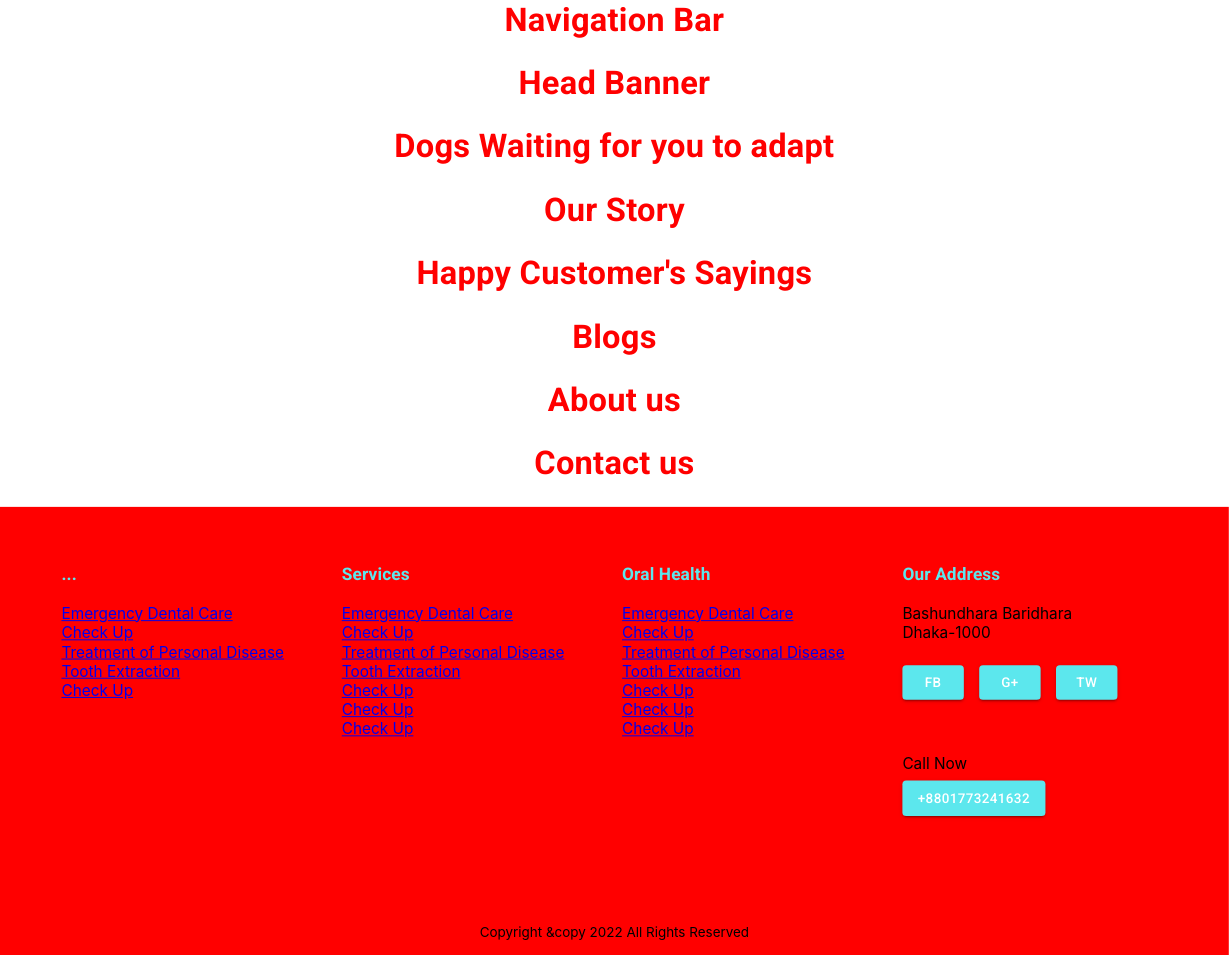
Repository: Sharif-00112/dogos-paradise-client
Page: /
These files come from the project's save history. The page is drawn as it stood at one moment and after the next save; the edit follows.
The browser window is 1280 px wide. The pictures show the whole page, at 96% of full size.
The page's requests for data from a server got no answer. The project was rebuilt for these pictures with package versions that can differ from the ones it lists, and the page was loaded fresh each time. Some packages were replaced by stand-ins written for this rebuild. No one was signed in, and anything a server would have sent is missing. Also part of the build but not shown: src/Pages/Login/Login/Login.js, src/Pages/Login/Register/Register.js, src/Pages/NotFound/NotFound.js.

Above is the page before, as saved 2022-11-30 22:25:15.

### public/index.html
<!DOCTYPE html>
<html lang="en">
  <head>
    <meta charset="utf-8" />
    <link rel="icon" href="%PUBLIC_URL%/favicon.ico" />
    <meta name="viewport" content="width=device-width, initial-scale=1" />
    <meta name="theme-color" content="#000000" />
    <meta
      name="description"
      content="Web site created using create-react-app"
    />
    <link
      rel="stylesheet" href="https://fonts.googleapis.com/css?family=Roboto:300,400,500,700&display=swap"
    />

    <link rel="apple-touch-icon" href="%PUBLIC_URL%/logo192.png" />
    <!--
      manifest.json provides metadata used when your web app is installed on a
      user's mobile device or desktop. See https://developers.google.com/web/fundamentals/web-app-manifest/
    -->
    <link rel="manifest" href="%PUBLIC_URL%/manifest.json" />
    <!--
      Notice the use of %PUBLIC_URL% in the tags above.
      It will be replaced with the URL of the `public` folder during the build.
      Only files inside the `public` folder can be referenced from the HTML.

      Unlike "/favicon.ico" or "favicon.ico", "%PUBLIC_URL%/favicon.ico" will
      work correctly both with client-side routing and a non-root public URL.
      Learn how to configure a non-root public URL by running `npm run build`.
    -->
    <title>React App</title>
  </head>
  <body>
    <noscript>You need to enable JavaScript to run this app.</noscript>
    <div id="root"></div>
    <!--
      This HTML file is a template.
      If you open it directly in the browser, you will see an empty page.

      You can add webfonts, meta tags, or analytics to this file.
      The build step will place the bundled scripts into the <body> tag.

      To begin the development, run `npm start` or `yarn start`.
      To create a production bundle, use `npm run build` or `yarn build`.
    -->
  </body>
</html>

### src/App.js
import React  from 'react';
import './App.css';
import { BrowserRouter as Router, Route, Routes} from 'react-router-dom';
import Home from './Pages/Home/Home/Home';
import Login from './Pages/Login/Login/Login';
import Register from './Pages/Login/Register/Register';
import AuthProvider from './contexts/AuthProvider/AuthProvider';
// import PrivateRoute from './Pages/Login/PrivateRoute/PrivateRoute';
import NotFound from './Pages/NotFound/NotFound';
import Contact from './Pages/Home/Contact/Contact';
import Products from './Pages/Home/Products/Products';
import Story from './Pages/Home/Story/Story';
import CustomerReviews from './Pages/Home/CustomerReviews/CustomerReviews';
import Blogs from './Pages/Home/Blogs/Blogs';
import About from './Pages/Home/About/About';
// import Footer from './Pages/Shared/Footer/Footer';
// import Dashboard from './Pages/Dashboard/Dashboard/Dashboard';

function App() {
  return (
    <div className="App">
      <AuthProvider>
        <Router>
          <Routes>
            <Route exact path = '/' element={<Home/>}/>
            <Route exact path = '/home' element={<Home/>}/>
            <Route exact path = '/login' element={<Login/>}/>
            <Route exact path = '/register' element={<Register/>}/>
            <Route exact path = '/contact' element={<Contact/>}/>
            <Route exact path = '/products' element={<Products/>}/>
            <Route exact path = '/story' element={<Story/>}/>
            <Route exact path = '/reviews' element={<CustomerReviews/>}/>
            <Route exact path = '/blogs' element={<Blogs/>}/>
            <Route exact path = '/about' element={<About/>}/>
            {/* <Route exact path = '/appointment' element = {
              <PrivateRoute>
                <Appointment></Appointment>
              </PrivateRoute>
            }> </Route> */}
            {/* <Route path = 'dashboard/*' element = {
              <PrivateRoute>
                <Dashboard></Dashboard>
              </PrivateRoute>
            }> </Route> */}
            <Route path = '*' element={<NotFound/>}/>
          </Routes>
          {/* <Footer></Footer> */}
        </Router>
      </AuthProvider>
    </div>
  );
}

export default App;

### src/Pages/Home/Home/Home.js
import React from 'react';
import Footer from '../../Shared/Footer/Footer';
import Navigation from '../../Shared/Navigation/Navigation';
import About from '../About/About';
import Banner from '../Banner/Banner';
import Blogs from '../Blogs/Blogs';
import Contact from '../Contact/Contact';
import CustomerReviews from '../CustomerReviews/CustomerReviews';
import Products from '../Products/Products';
import Story from '../Story/Story';

const Home = () => {
    return (
        <div>
            <Navigation></Navigation>
            <Banner></Banner>
            <Products></Products>
            <Story></Story>
            <CustomerReviews></CustomerReviews>
            <Blogs></Blogs>
            <About></About>
            <Contact></Contact>
            <Footer></Footer>
        </div>
    );
};

export default Home;

### src/contexts/AuthProvider/AuthProvider.js
import React from 'react';
import { createContext } from 'react';
import useFirebase from '../../hooks/useFirebase';

//step-1-context
export const AuthContext = createContext();

const AuthProvider = (props) => {
    //step-3-context
    const {children} = props;

    //step-5-context
    const allContexts = useFirebase();

    return (
        //step-2-context
        <AuthContext.Provider value={allContexts}>
            {children}
        </AuthContext.Provider>
    );
};

export default AuthProvider;

### src/Pages/Home/Contact/Contact.js
import React from 'react';
import { Typography } from '@mui/material';

const Contact = () => {
    return (
        <div>
            <Typography sx={{ m: 3, color: 'red', fontWeight: 600 }} variant="h4" component="div">
                Contact us
            </Typography>
        </div>
    );
};

export default Contact;

### src/Pages/Home/Products/Products.js
import React from 'react';
import { Typography } from '@mui/material';

const Products = () => {
    return (
        <div>
            <Typography sx={{ m: 3, color: 'red', fontWeight: 600 }} variant="h4" component="div">
                Dogs Waiting for you to adapt
            </Typography>
        </div>
    );
};

export default Products;

### src/Pages/Home/Story/Story.js
import React from 'react';
import { Typography } from '@mui/material';


const Story = () => {
    return (
        <div>
            <Typography sx={{ m: 3, color: 'red', fontWeight: 600 }} variant="h4" component="div">
                Our Story
            </Typography>
        </div>
    );
};

export default Story;

### src/Pages/Home/CustomerReviews/CustomerReviews.js
import React from 'react';
import { Typography } from '@mui/material';


const CustomerReviews = () => {
    return (
        <div>
            <Typography sx={{ m: 3, color: 'red', fontWeight: 600 }} variant="h4" component="div">
                Happy Customer's Sayings
            </Typography>
        </div>
    );
};

export default CustomerReviews;

### src/Pages/Home/Blogs/Blogs.js
import React from 'react';
import { Typography } from '@mui/material';


const Blogs = () => {
    return (
        <div>
            <Typography sx={{ m: 3, color: 'red', fontWeight: 600 }} variant="h4" component="div">
                Blogs
            </Typography>
        </div>
    );
};

export default Blogs;

### src/Pages/Home/About/About.js
import React from 'react';
import { Typography } from '@mui/material';

const About = () => {
    return (
        <div>
            <Typography sx={{ m: 3, color: 'red', fontWeight: 600 }} variant="h4" component="div">
                About us
            </Typography>
        </div>
    );
};

export default About;

### src/Pages/Shared/Footer/Footer.js
import React from 'react';
import { Typography } from '@mui/material';
import { Container } from '@mui/system';
import Box from '@mui/material/Box';
import Grid from '@mui/material/Unstable_Grid2';
import { Link } from 'react-router-dom';
import { Button } from '@mui/material';


const Footer = () => {
    return (
        // <div>
        //     <Typography sx={{ m: 3, color: 'red', fontWeight: 600 }} variant="h4" component="div">
        //         Footer Area
        //     </Typography>
        // </div>

        <div style={{ backgroundColor: 'red' }}>
        <Container sx={{ py: 5 }}>
            <Box sx={{ flexGrow: 1 }}>
                <Grid container spacing={2}>
                    <Grid item style={{ textAlign: 'left'}} xs={6} md={3}>
                        <Typography sx={{ my:2, fontSize: 18, fontWeight: 600 }} style={{color: '#5CE7ED'}} variant="h6" component="div">
                            ...
                        </Typography>
                        <Link to = '/emergencyDentalCare'>
                            Emergency Dental Care
                        </Link>
                        <br />
                        <Link to = '/checkUp'>
                            Check Up
                        </Link>
                        <br />
                        <Link to = '/treatmentOfPersonalDisease'>
                            Treatment of Personal Disease
                        </Link>
                        <br />
                        <Link to = '/toothExtraction'>
                            Tooth Extraction
                        </Link>
                        <br />
                        <Link to = '/checkUp'>
                            Check Up
                        </Link>
                    </Grid>
                    <Grid item style={{ textAlign: 'left'}} xs={6} md={3}>
                        <Typography sx={{ my:2, fontSize: 18, fontWeight: 600 }} style={{color: '#5CE7ED'}} variant="h6" component="div">
                            Services
                        </Typography>
                        <Link to = '/emergencyDentalCare'>
                            Emergency Dental Care
                        </Link>
                        <br />
                        <Link to = '/checkUp'>
                            Check Up
                        </Link>
                        <br />
                        <Link to = '/treatmentOfPersonalDisease'>
                            Treatment of Personal Disease
                        </Link>
                        <br />
                        <Link to = '/toothExtraction'>
                            Tooth Extraction
                        </Link>
                        <br />
                        <Link to = '/checkUp'>
                            Check Up
                        </Link>
                        <br />
                        <Link to = '/checkUp'>
                            Check Up
                        </Link>
                        <br />
                        <Link to = '/checkUp'>
                            Check Up
                        </Link>
                    </Grid>
                    <Grid item style={{ textAlign: 'left'}} xs={6} md={3}>
                        <Typography sx={{ my:2, fontSize: 18, fontWeight: 600 }} style={{color: '#5CE7ED'}} variant="h6" component="div">
                            Oral Health
                        </Typography>
                        <Link to = '/emergencyDentalCare'>
                            Emergency Dental Care
                        </Link>
                        <br />
                        <Link to = '/checkUp'>
                            Check Up
                        </Link>
                        <br />
                        <Link to = '/treatmentOfPersonalDisease'>
                            Treatment of Personal Disease
                        </Link>
                        <br />
                        <Link to = '/toothExtraction'>
                            Tooth Extraction
                        </Link>
                        <br />
                        <Link to = '/checkUp'>
                            Check Up
                        </Link>
                        <br />
                        <Link to = '/checkUp'>
                            Check Up
                        </Link>
                        <br />
                        <Link to = '/checkUp'>
                            Check Up
                        </Link>
                    </Grid>
                    <Grid item style={{ textAlign: 'left'}} xs={6} md={3}>
                        <Typography sx={{ my:2, fontSize: 18, fontWeight: 600 }} style={{color: '#5CE7ED'}} variant="h6" component="div">
                            Our Address
                        </Typography>
                        <Typography sx={{ fontSize: 16, fontWeight: 400 }} variant="" component="div">
                                Bashundhara Baridhara <br />
                                Dhaka-1000
                        </Typography>

                        {/* <Button>
                            <FontAwesomeIcon icon={faShoppingCart} /> Cart
                            <FontAwesomeIcon icon="fa-brands fa-facebook" />
                        </Button> */}

                        <a href="https://www.facebook.com/" target="_blank" style={{ textDecoration:'none', color:'white' }}>
                            <Button sx={{ mt:3, mr:2 }} variant="contained" style={{backgroundColor: '#5CE7ED'}}>
                                FB
                            </Button>
                        </a>
                        <a href="https://www.google.com/" target="_blank" style={{ textDecoration:'none', color:'white' }}>
                            <Button sx={{ mt:3, mr:2 }} variant="contained" style={{backgroundColor: '#5CE7ED'}}>
                                G+
                            </Button>
                        </a>
                        <a href="https://twitter.com/" target="_blank" style={{ textDecoration:'none', color:'white' }}>
                            <Button sx={{ mt:3, mr:2 }} variant="contained" style={{backgroundColor: '#5CE7ED'}}>
                                TW
                            </Button>
                        </a>

                        <Typography sx={{ mt:7, fontSize: 16, fontWeight: 400 }} variant="" component="div">
                                Call Now
                        </Typography>
                        <a href="tel:+8801773241632" style={{ textDecoration:'none', color:'white' }}>
                            <Button sx={{ mt:1, mr:2 }} variant="contained" style={{backgroundColor: '#5CE7ED'}}>
                                +8801773241632
                            </Button>
                        </a>
                    </Grid>
                </Grid>
            </Box>
        </Container>
        <Typography sx={{ p:2, mt:7, fontSize: 14, fontWeight: 400 }} variant="" component="div">
            Copyright &copy 2022 All Rights Reserved
        </Typography>
    </div>
    );
};

export default Footer;

### src/Pages/Shared/Navigation/Navigation.js
import React from 'react';
import { Typography } from '@mui/material';

const Navigation = () => {
    return (
        <div>
            <Typography sx={{ mx: 3, color: 'red', fontWeight: 600 }} variant="h4" component="div">
                Navigation Bar
            </Typography>
        </div>
    );
};

export default Navigation;

### src/Pages/Home/Banner/Banner.js
import React from 'react';
import { Typography } from '@mui/material';

const Banner = () => {
    return (
        <div>
            <Typography sx={{ m: 3, color: 'red', fontWeight: 600 }} variant="h4" component="div">
                Head Banner
            </Typography>
        </div>
    );
};

export default Banner;

### src/Pages/Login/Firebase/firebase.initialize.js
import { initializeApp } from "firebase/app";
import firebaseConfig from "./firebase.config";

const initializeAuthentication = () =>{
    initializeApp(firebaseConfig);
}

export default initializeAuthentication;

### src/Pages/Login/Firebase/firebase.config.js
// console.log(process.env);

const firebaseConfig = {
  apiKey: process.env.REACT_APP_FIREBASE_API_KEY,
  authDomain: process.env.REACT_APP_FIREBASE_AUTH_DOMAIN,
  projectId: process.env.REACT_APP_FIREBASE_PROJECT_ID,
  storageBucket: process.env.REACT_APP_FIREBASE_STORAGE_BUCKET,
  messagingSenderId: process.env.REACT_APP_FIREBASE_MESSAGING_SENDER_ID,
  appId: process.env.REACT_APP_FIREBASE_APP_ID,
  measurementId: process.env.REACT_APP_FIREBASE_MEASUREMENT_ID
};

export default firebaseConfig;

// .env.local
// REACT_APP_FIREBASE_API_KEY=AIzaSyCGaQ8G2l5KeOKX4bAJ7MC19oWW_2vnTNQ
// REACT_APP_FIREBASE_AUTH_DOMAIN=dogos-paradise.firebaseapp.com
// REACT_APP_FIREBASE_PROJECT_ID=dogos-paradise
// REACT_APP_FIREBASE_STORAGE_BUCKET=dogos-paradise.appspot.com
// REACT_APP_FIREBASE_MESSAGING_SENDER_ID=824394057307
// REACT_APP_FIREBASE_APP_ID=1:824394057307:web:727ac0c86627b9544a617e
// REACT_APP_FIREBASE_MEASUREMENT_ID=G-DL8JJ6MYSD

// const firebaseConfig = {
  // apiKey: "AIzaSyCGaQ8G2l5KeOKX4bAJ7MC19oWW_2vnTNQ",
  // authDomain: "dogos-paradise.firebaseapp.com",
  // projectId: "dogos-paradise",
  // storageBucket: "dogos-paradise.appspot.com",
  // messagingSenderId: "824394057307",
  // appId: "1:824394057307:web:727ac0c86627b9544a617e",
  // measurementId: "G-DL8JJ6MYSD"
// };

Loaded but not shown: src/index.js (common file); src/index.css (common file); src/reportWebVitals.js (common file); src/App.css (common file); src/hooks/useFirebase.js (273 lines, source omitted)

After the next save:
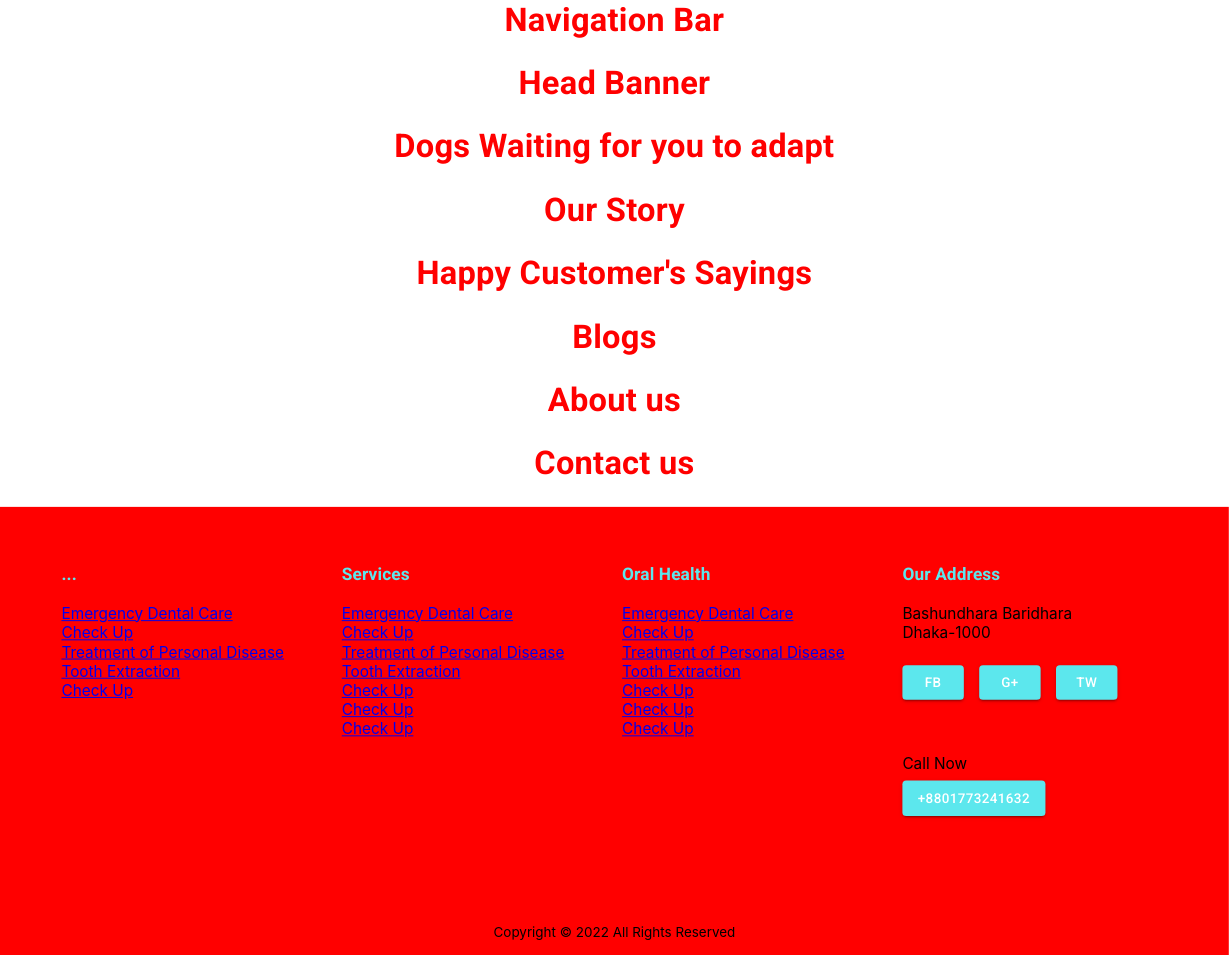
Saved 27 s later.
--- a/src/Pages/Shared/Footer/Footer.js
+++ b/src/Pages/Shared/Footer/Footer.js
@@ -150,7 +150,7 @@ const Footer = () => {
             </Box>
         </Container>
         <Typography sx={{ p:2, mt:7, fontSize: 14, fontWeight: 400 }} variant="" component="div">
-            Copyright &copy 2022 All Rights Reserved
+            Copyright &copy; 2022 All Rights Reserved
         </Typography>
     </div>
     );
